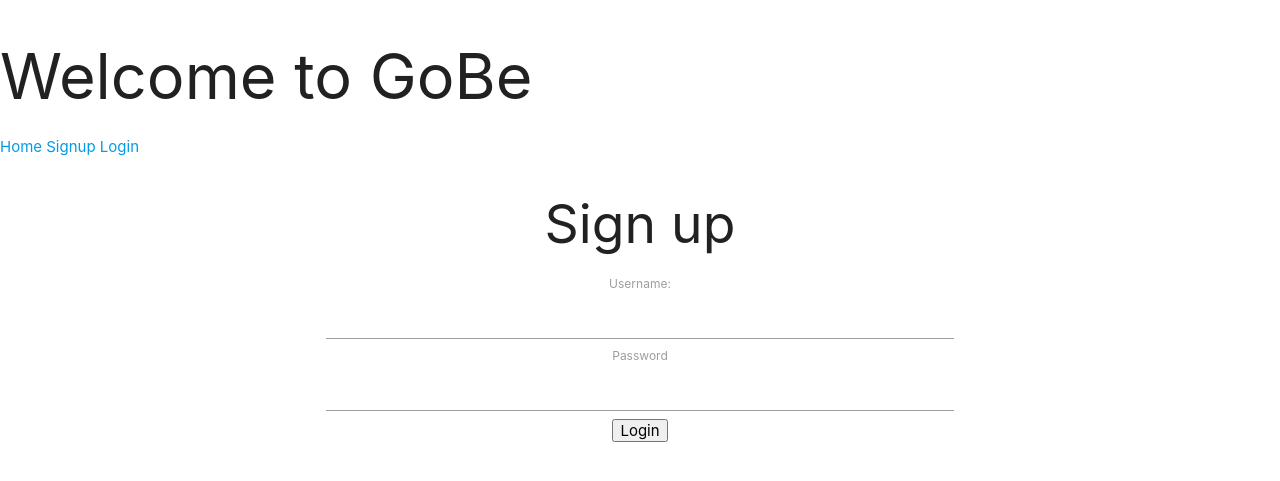
Repository: Gobe-community/gobe-central
Page: http://localhost/login/
An editor plug-in stored every save of this project. The page is shown before and after the next save, followed by the edit.
The browser window is 1280 px wide. The pictures show the whole page.
The page is served by the project's application, run on Django 3.2 (manage.py).

Above is the page before, as saved 2020-07-11 12:40:19.

After the next save:
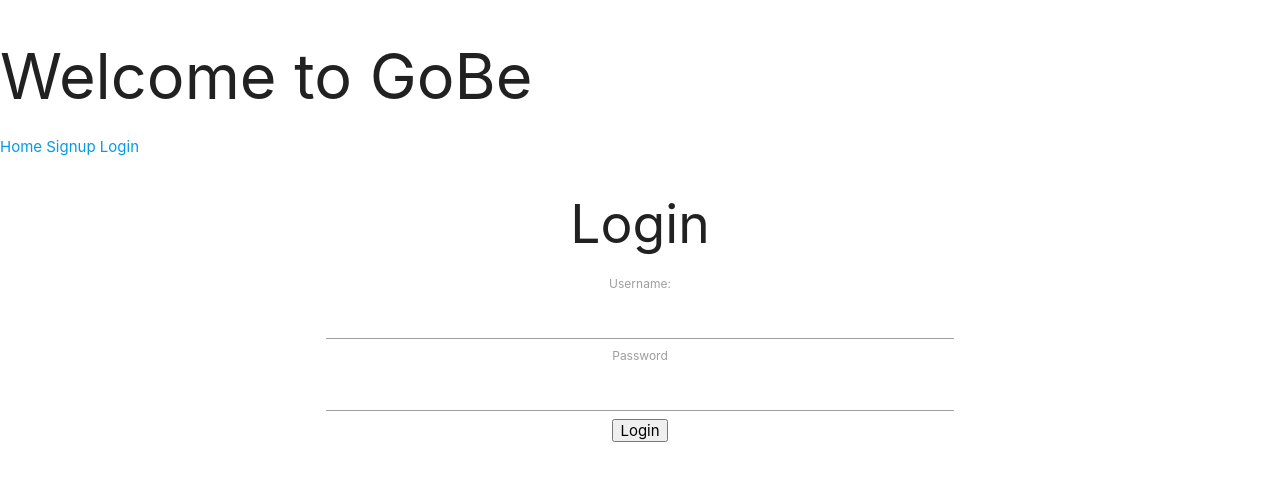
Saved 14 s later.
--- a/templates/login.html
+++ b/templates/login.html
@@ -1,7 +1,7 @@
 {% extends 'base.html' %}
 
 {% block content %}
-  <h2>Sign up</h2>
+  <h2>Login</h2>
   <form method="POST">
     {% csrf_token %}
     <div class="form-group">
